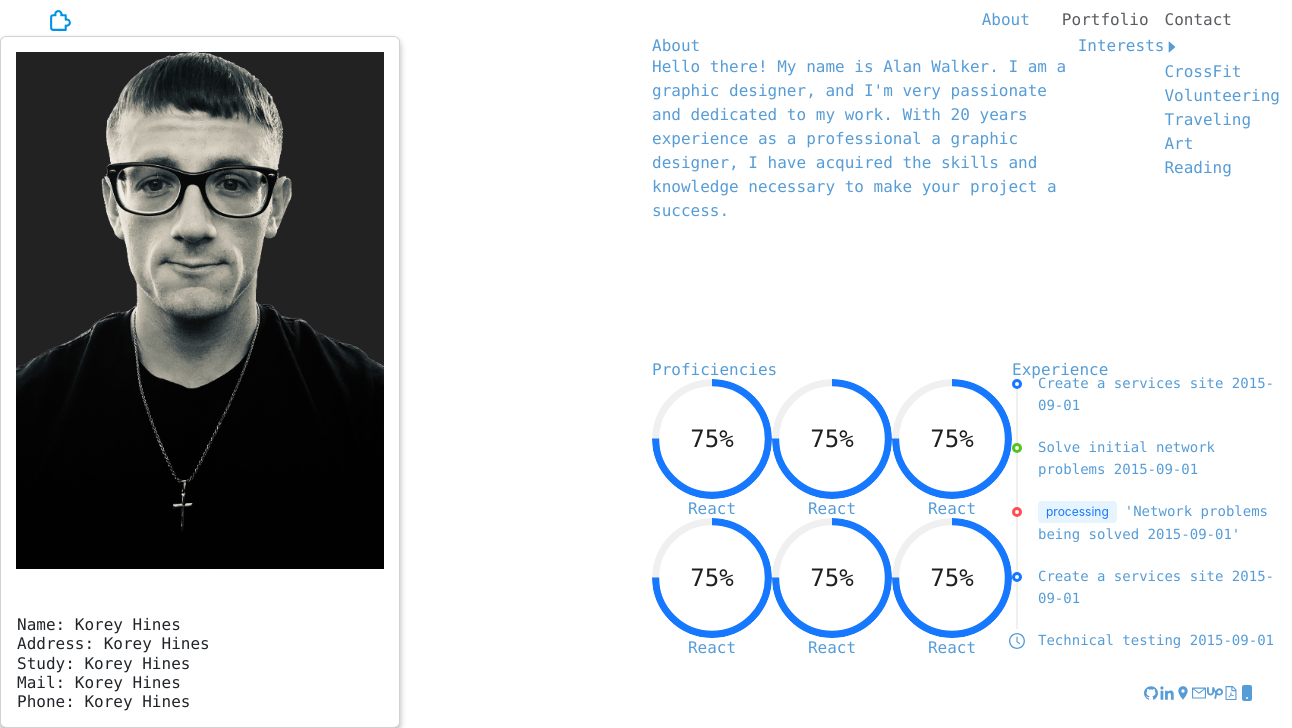
Repository: devkthines/next-portfolio-v2
Page: /about
The author's editor kept a copy of each file at every save. The page is drawn from the files as they stood at one save, then again after a run of saves.
The browser window is 1280 px wide. The page is 1292 px wide, so the pictures cover 1292 px, including what lies to the right of the window. The pictures show the whole page.
The project was rebuilt for these pictures with package versions that can differ from the ones it lists, and the page was loaded fresh each time. The framework's server and built-in components were replaced by stand-ins that run in the browser. Also part of the build but not shown: next.config.js.

Above is the page before, as saved 2023-09-25 21:23:29.

### src/app/layout.tsx
import 'bootstrap/dist/css/bootstrap.css';
import './globals.css'
import '../../css/style.css'
import '../../css/mobile.css'
import type { Metadata } from 'next'
import { Inter } from 'next/font/google'
import TopNav from './components/topNav'
import Footer from './components/footer'
import BottomNav from './components/bottomNav'
// Put any other imports below so that CSS from your
// components takes precedence over default styles.
const inter = Inter({ subsets: ['latin'] })

export const metadata: Metadata = {
  title: "&lt;Korey ❤️ Coding/&gt;",
  description: 'Generated by create next app',
  icons: '/puzzle-piece.svg'
}

export default function RootLayout({
  children,
}: {
  children: React.ReactNode
}) {
  return (
    <html lang="en">
      <head>
        <link rel="shortcut icon" href="/puzzle-piece.svg" type="image/x-icon" />
      </head>
      <body className={inter.className}>
        <TopNav />
        {children}
        <Footer />
        <BottomNav />
      </body>
    </html>
  )
}

### src/app/about/page.js
'use client'
import Container from 'react-bootstrap/Container';
import Row from 'react-bootstrap/Row';
import Col from 'react-bootstrap/Col';
import Button from 'react-bootstrap/Button';
import Card from 'react-bootstrap/Card';
import { Progress, Space } from 'antd';
import { ClockCircleOutlined } from '@ant-design/icons';
import { Timeline } from 'antd';
import Image from 'next/image';
import { Descriptions } from 'antd';
import { Divider, Tag } from 'antd'
import {CaretRightOutlined} from '@ant-design/icons'
const items = [
  {
    key: '1',
    label: 'Name',
    children: 'Zhou Maomao',
  },
  {
    key: '2',
    label: 'Telephone',
    children: '209-366-9363',
  },
  {
    key: '3',
    label: 'Study',
    children: 'Software Engineering',
  },
  {
    key: '4',
    label: 'email',
    children: 'dev.kthines@gmail.com',
  },
  {
    key: '5',
    label: 'Address',
    children: 'Lodi, CA',
  },
];




export default function About() {

  return (
    <div id='about'>
      {/* <div> */}
        <Row>
          <Col id=''>
            <Card id='aboutcard'>
            <Card.Img variant="top" id='aboutImg' src='/images/IMG-update.jpg' />
            <Card.Body>
              <h6>Name:  Korey Hines</h6>
              <h6>Address:  Korey Hines</h6>
              <h6>Study:  Korey Hines</h6>
              <h6>Mail:  Korey Hines</h6>
              <h6>Phone:  Korey Hines</h6>
            </Card.Body>
          </Card>
          </Col>
          <Col id='' className=''>
            <div id='abtTop' className='d-flex '><div>
              <h1>About</h1>
              <p>Hello there! My name is Alan Walker. I am
                a graphic designer, and I'm very passionate and dedicated to my work.
                With 20 years experience as a professional a graphic designer,
                I have acquired the skills and knowledge necessary to make your project a success.</p></div>
              <div className='d-flex'>
                <h1>Interests</h1>
                <ul>
                  <li><CaretRightOutlined />&nbsp; &nbsp; &nbsp; CrossFit</li>
                  <li>Volunteering</li>
                  <li>Traveling</li>
                  <li>Art</li>
                  <li>Reading</li>
                </ul>
                {/* <Card className='interests'>
                  <Card.Img variant="top" className='interestImg' src='/images/IMG-update.jpg' />
                  <Card.Body>
                    <Card.Text>
                      Volunteering
                    </Card.Text>
                  </Card.Body>
                </Card>
                <Card className='interests' >
                  <Card.Img variant="top" className='interestImg' src='/images/IMG-update.jpg' />
                  <Card.Body>
                    <Card.Text>
                      All things CrossFit
                    </Card.Text>
                  </Card.Body>
                </Card> */}
              </div>
            </div>
            <div id='abtBtm' className='d-flex'>
            <div>
              <h1>Proficiencies</h1>
              <div className='d-flex'>
                <div className='text-center'><Progress strokeLinecap="butt" type="circle" percent={75} /><h6>React</h6></div>
                <div className='text-center'><Progress strokeLinecap="butt" type="circle" percent={75} /><h6>React</h6></div>
                <div className='text-center'><Progress strokeLinecap="butt" type="circle" percent={75} /><h6>React</h6></div>
              </div>
              <div className='d-flex'>
                <div className='text-center'><Progress strokeLinecap="butt" type="circle" percent={75} /><h6>React</h6></div>
                <div className='text-center'><Progress strokeLinecap="butt" type="circle" percent={75} /><h6>React</h6></div>
                <div className='text-center'><Progress strokeLinecap="butt" type="circle" percent={75} /><h6>React</h6></div>
              </div>
            </div>
            <div> <h1>Experience</h1>
              <Timeline
                // mode="alternate"
                items={[
                  {
                    children: 'Create a services site 2015-09-01',
                  },
                  {
                    children: 'Solve initial network problems 2015-09-01',
                    color: 'green',
                  },
                  {
                    color: 'red',
                    children: <><Tag bordered={false} color="processing">
                      processing
                    </Tag>'Network problems being solved 2015-09-01'</>,
                  },
                  {
                    children: 'Create a services site 2015-09-01',
                  },
                  {
                    dot: <ClockCircleOutlined style={{ fontSize: '16px' }} />,
                    children: 'Technical testing 2015-09-01',
                  },
                ]}
              />
            </div>
            </div>
          </Col>
        </Row>
      {/* </div> */}
    </div>
  )
}

### css/style.css
* {
    box-sizing: border-box;
    margin: 0;
    padding: 0;
    font-family: Consolas, "Courier New", monospace;
    /* background-color: #222222; */
    color: #569cd6;

}

body {
    background-color: white;
}

.infoSection {
    /* width: 80vw; */
    height: 90vh;
    /* display: flex; */
    /* justify-content: center; */
    /* margin-bottom: 20vh; */
    background-color: #222222;
    border-bottom: 3px solid #569cd6;
}

#infoCol {
    display: flex;
    justify-content: center;
}

.aboutSection {
    /* width: 80vw; */
    padding-top: 100px;
    /* height: 70vh; */
    background: linear-gradient(#222222, rgb(24, 24, 24));
}

#portrait {
    width: 40vw;
    height: 80vh;
    /* border-radius: 0 0 2rem 2rem; */
}

#portraitCol {
    display: flex;
    justify-content: center;
}

#portrait:hover {
    transform: rotateX(180deg);
}

.imgTest {
    margin: 10px;
}

.imgTest:active {
    flex-grow: 10000;
    transform: scale(1);

    max-width: 600px;
    margin: 0px;
    border-radius: 40px;

    background-size: auto 100%;
}

.tab-content {
    height: 100% !important;
    margin-left: 25% !important;
}

/* .color-change{
    background-color: greenyellow;
} */
.noShow {
    display: none;
}

.buttonShow {
    display: block;
}

#tile1 {
    width: 700px;
    height: 500px;
}

#experience {
    padding-top: 50px;
    height: auto;
}

main {
    display: flex;
    flex-direction: column;
    justify-content: center;
    align-items: center;
}

.middle {
    transition: .5s ease;
    opacity: 0;
    position: absolute;
    top: 50%;
    left: 50%;
    transform: translate(-50%, -50%);
    -ms-transform: translate(-50%, -50%);
    text-align: center;
}

#imageTile1 {
    position: relative;
    width: 40vw;
    height: 70vh;
}

#tile1 {
    width: 100%;
    height: 100%;
}

#imageTile1:hover #tile1 {
    opacity: 0.3;
}

#imageTile1:hover .middle {
    opacity: 1;
}

.text {
    background-color: #04AA6D;
    color: white;
    font-size: 16px;
    padding: 16px 32px;
}

#no-expand {
    display: none;

}

#expandIt {
    display: block;
}

.no-Display {
    display: none;
}

.okToDisplay {
    display: block;
}

a.nav-link {
    color: #569cd6;
}


#topNav {
    background-color: white;
    display: none;
    /* position: fixed; */
    /* top: 0; */
    width: 100%;
    height: 5vh;
}

#footer {
    display: flex;
    justify-content: space-between;
    padding: 0 25px;
}

#bottomNav {
    display: flex;
    position: fixed;
    bottom: 0;
    width: 100%;
    background-color: white;
    font-size: 16px;
}
#about{
    /* margin-top: 10vh; */
    height: 90vh;
    /* overflow: hidden; */
}

#aboutImg{
    width: 400px;
    /* height: ; */
    padding: 15px 15px 30px;
}
#aboutcard{
    box-shadow: 0 4px 6px rgba(0, 0, 0, .3);
    /* height: fit-content; */
    width: 400px;

}
.interests{
    width: 200px;
    height: 300px;
}
.interestImg{
    width: 200px;
    height: 200px;
}
#abtTop{
    height: 45vh;
}
#abtBtm{
    height: 45vh;
}
#abtLeft{
    /* width: 25vw; */
}
#abtRight{
    /* width: 75vw; */
}

### css/mobile.css
@media screen and (min-width: 640px){

    /* background-color: green!important; */
    #portrait{
        width: 500px;
        height: 500px;
        /* border-radius: 0 0 2rem 2rem; */

    }

main{
    /* color: white!important; */
}
}
@media screen and (min-width: 768px){
#portraitCol{

    justify-content: start;
}
#infoCol{
    justify-content: end;
    /* text-align: end; */
}
}
@media screen and (min-width: 1024px){
    #portrait{
        width: 600px;
        height: 600px;
        /* border-radius: 0 0 2rem 2rem; */
    }
    #topNav{
        display:flex ;
    }
    #bottomNav{
        display: none;
    }
}
@media screen and (min-width: 1280px){

}
@media screen and (min-width: 1536px){

}

### src/app/components/topNav.js
'use client';
import Nav from 'react-bootstrap/Nav';
import Image from 'next/image';


export default function TopNav(){

    return(
        <header>
        {/* <Navbar id='topNav' className={`${color ? 'color-change' : ''}`} sticky='top' expand="lg" > */}

        <Nav id='topNav' variant="underline" defaultActiveKey="/home" className='d-flex justify-content-between'>
       <div className='ms-5'><Nav.Item>
          <Nav.Link href="/"><Image width={25} height={25} id='navbrand' src="/puzzle-piece.svg" alt="" /></Nav.Link>
        </Nav.Item></div>
        <div className='d-flex me-5'><Nav.Item className='px-3'>
          <Nav.Link href="/about">About</Nav.Link>
        </Nav.Item>
        <Nav.Item className='px-3'>
          <Nav.Link eventKey="disabled" disabled>
            Portfolio
          </Nav.Link>
        </Nav.Item>
        <Nav.Item>
          <Nav.Link eventKey="disabled" disabled>
            Contact
          </Nav.Link>
        </Nav.Item>
        </div>
      </Nav>
      </header>
    )
} ;

### src/app/components/footer.js
'use client'

import OverlayTrigger from 'react-bootstrap/OverlayTrigger';
import Card from 'react-bootstrap/Card';
import { AiFillGithub } from 'react-icons/ai';
import { GrLinkedinOption } from 'react-icons/gr';
import { MdVolunteerActivism } from 'react-icons/md';
import { IoLogoCss3 } from 'react-icons/io';
import { IoLogoJavascript } from 'react-icons/io';
import { CgGym } from 'react-icons/cg';
import { AiOutlineMail } from 'react-icons/ai';
import { AiOutlineFilePdf } from 'react-icons/ai';
import { BsFillPhoneFill } from 'react-icons/bs';
import { MdLocationOn } from 'react-icons/md';
import { SiUpwork } from 'react-icons/si';
// import PicOfMe from '/images/image_67220481.JPG'
import Container from 'react-bootstrap/Container';
import Row from 'react-bootstrap/Row';
import Col from 'react-bootstrap/Col';
import { useEffect } from 'react';
import Tooltip from 'react-bootstrap/Tooltip';
import $ from 'jquery'

 export default function Footer(){
    const btnName = {
        'gitHub': {
          'id': 1,
          "placement": "bottom",
          "info": "gitHub",
          "icon": <a href="https://github.com/devkthines" target='_blank'>
            <button className='quickLinks'><AiFillGithub /></button></a>
        },
        'linkedIn': {
          'id': 2,
          "placement": "bottom",
          "info": "linkedIn",
          "icon": <a href="https://www.linkedin.com/in/korey-hines-17b0a9263" target='_blank'><button className='quickLinks'><GrLinkedinOption />
          </button></a>
        },
        'gMaps': {
          'id': 3,
          "placement": "bottom",
          "info": "gMaps",
          "icon": <a href="https://goo.gl/maps/BovFkBEjUMQ6VBob9" target='_blank'>
            <button className='quickLinks'><MdLocationOn /></button></a>
        },
        'gMail': {
          'id': 4,
          "placement": "bottom",
          "info": "gMail",
          "icon": <a href="mailto:dev.kthines@gmail.com"><button className='quickLinks'><AiOutlineMail /></button></a>
        },
        'upWork': {
          'id': 5,
          "placement": "bottom",
          "info": "upWork",
          "icon": <a href="https://www.upwork.com/freelancers/~01ae4feb16c6fa7213?viewMode=1" target='_blank'>
            <button className='quickLinks'><SiUpwork /></button></a>
        },
        'redPDF': {
          'id': 6,
          "placement": "bottom",
          "info": "resume",
          "icon": <a className='aLink' target="_blank" href="/files/hinesResume.pdf">
            <button className='quickLinks'><AiOutlineFilePdf /></button></a>
        },
        'phone': {
          'id': 7,
          "placement": "bottom",
          "info": "phone",
          "icon": <a href="tel:2093669363" >  <button className='quickLinks'><BsFillPhoneFill /></button></a>
        }
      }
    return(
        <>
        <footer id='footer'><p>Copyright 2023- Korey Hines</p>
       <div> {Object.entries(btnName).map(([k, v]) => (
                <div className='d-inline-block' key={v.id}>
                  <OverlayTrigger
                    trigger="hover"
                    key={v.id}
                    placement={v.placement}
                    overlay={

                      <Tooltip id={`tooltip-${v.placement}`}>
                        {v.info}
                      </Tooltip>
                    }
                  >
                    {v.icon}
                  </OverlayTrigger>
                </div>))}
</div>
        </footer>
        </>
    )
 }

### src/app/components/bottomNav.js
'use client'
import Nav from 'react-bootstrap/Nav';
import Image from 'next/image';
export default function BottomNav(){

    return(
        <>
        <Nav id='bottomNav' className="justify-content-center" activeKey="/home">
        <Nav.Item>
          <Nav.Link href="/"><Image width={25} height={25} id='navbrand' src="/puzzle-piece.svg" alt="" /></Nav.Link>
        </Nav.Item>
        <Nav.Item>
          <Nav.Link eventKey="link-1">About</Nav.Link>
        </Nav.Item>
        <Nav.Item>
          <Nav.Link eventKey="link-2">Portfolio</Nav.Link>
        </Nav.Item>
        <Nav.Item>
          <Nav.Link eventKey="disabled" disabled>
            Contact
          </Nav.Link>
        </Nav.Item>
      </Nav>
        </>
    )
}

Loaded but not shown: src/app/globals.css (common file); tailwind.config.ts (common file)

After the next 2 saves:
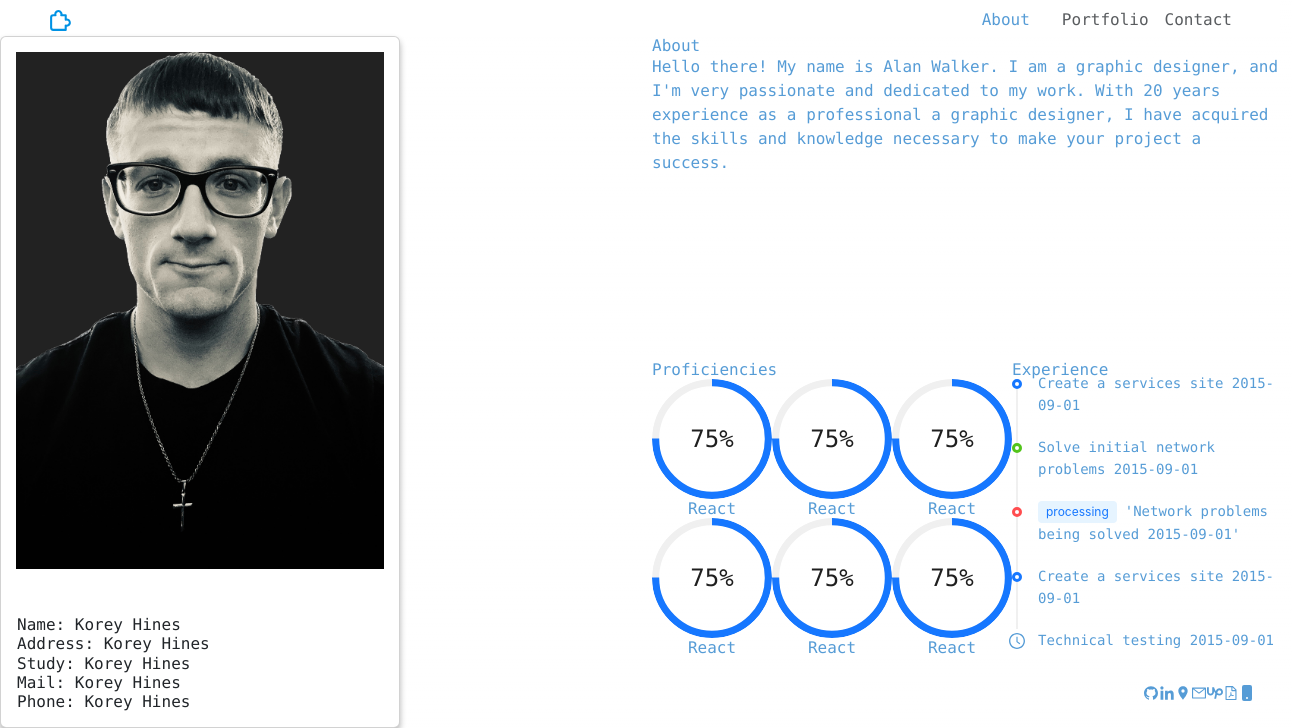
The 2 saves are shown as one change because they came seconds apart.
The last was saved 64 s later.
--- a/src/app/about/page.js
+++ b/src/app/about/page.js
@@ -68,14 +68,6 @@ export default function About() {
                 With 20 years experience as a professional a graphic designer,
                 I have acquired the skills and knowledge necessary to make your project a success.</p></div>
               <div className='d-flex'>
-                <h1>Interests</h1>
-                <ul>
-                  <li><CaretRightOutlined />&nbsp; &nbsp; &nbsp; CrossFit</li>
-                  <li>Volunteering</li>
-                  <li>Traveling</li>
-                  <li>Art</li>
-                  <li>Reading</li>
-                </ul>
                 {/* <Card className='interests'>
                   <Card.Img variant="top" className='interestImg' src='/images/IMG-update.jpg' />
                   <Card.Body>
